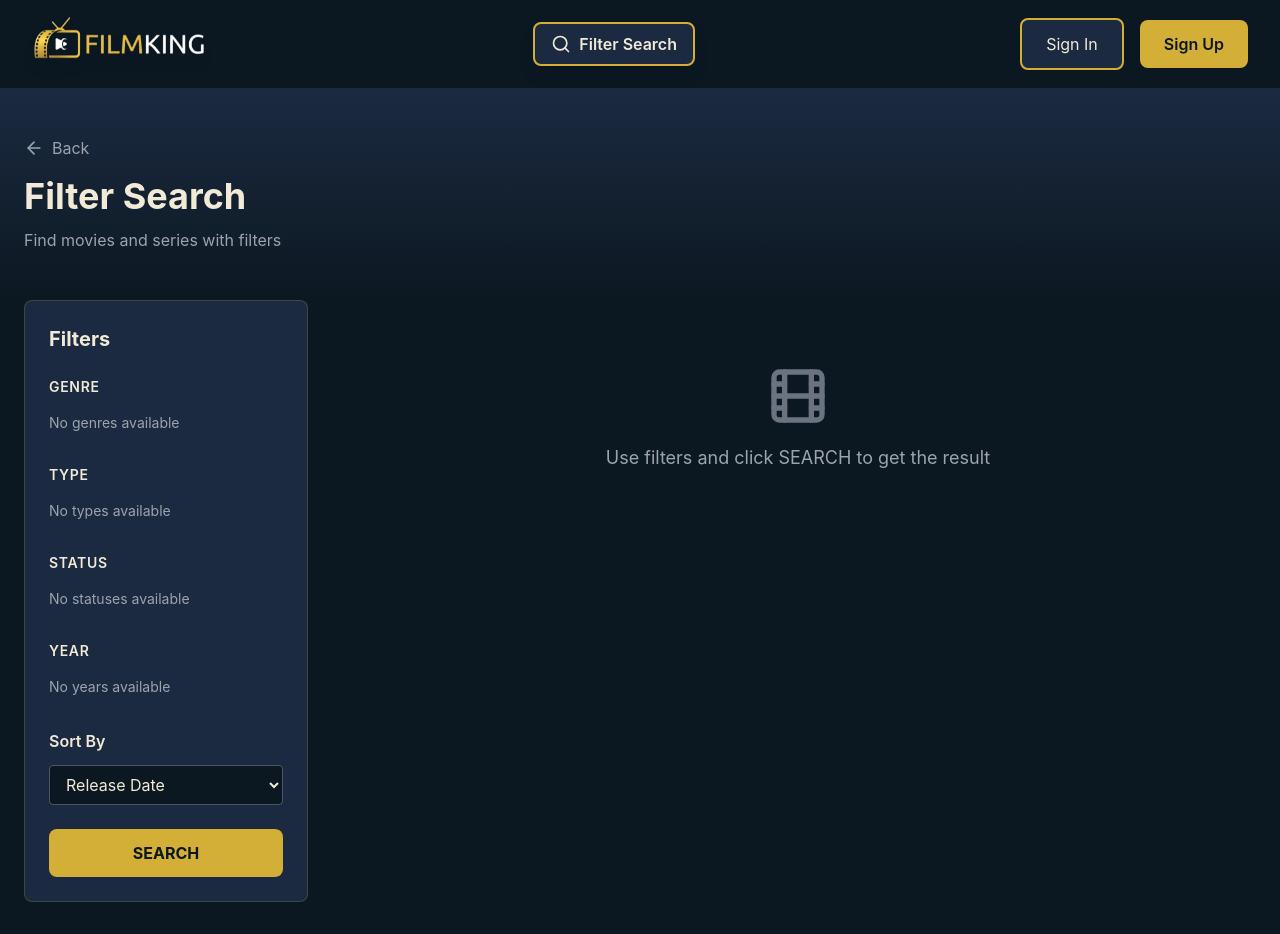
Repository: SansZee/BasdatProject
Page: /search (app in frontend/)
These files come from the project's save history. The page is drawn as it stood at one moment and after the next save; the edit follows.
The browser window is 1280 px wide. The pictures show the whole page.
The page's requests for data from a server got no answer. The project was rebuilt for these pictures with package versions that can differ from the ones it lists, and the page was loaded fresh each time. No one was signed in, and anything a server would have sent is missing. Also part of the build but not shown: frontend/vite.config.ts, frontend/src/pages/HomePage.tsx, frontend/src/pages/LoginPage.tsx, frontend/src/pages/RegisterPage.tsx, frontend/src/components/Tabs.tsx, frontend/src/api/reviews.ts, frontend/src/components/ReviewSection.tsx, frontend/src/pages/TitleDetailPageNew.tsx and 2 more.

Above is the page before, as saved 2025-12-07 08:34:47.

After the next save:
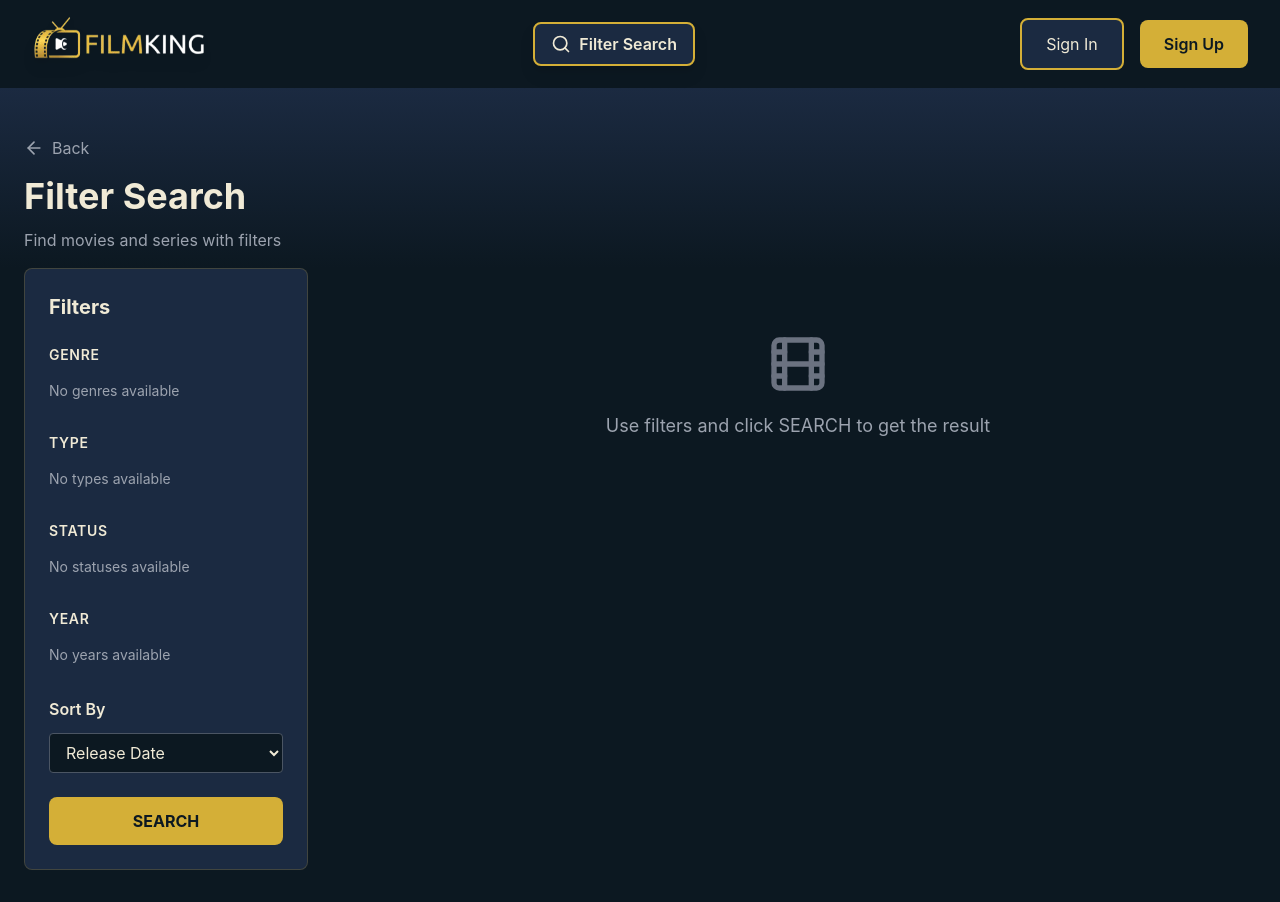
Saved 95 s later.
--- a/frontend/src/pages/FilterSearchPage.tsx
+++ b/frontend/src/pages/FilterSearchPage.tsx
@@ -138,7 +138,7 @@ export function FilterSearchPage() {
             <Navigation />
 
             {/* Header */}
-            <div className="bg-gradient-to-b from-secondary to-primary py-12">
+            <div className="bg-gradient-to-b from-secondary to-primary py-12 pb-4">
                 <div className="max-w-7xl mx-auto px-6">
                     <button
                         onClick={() => navigate(-1)}
